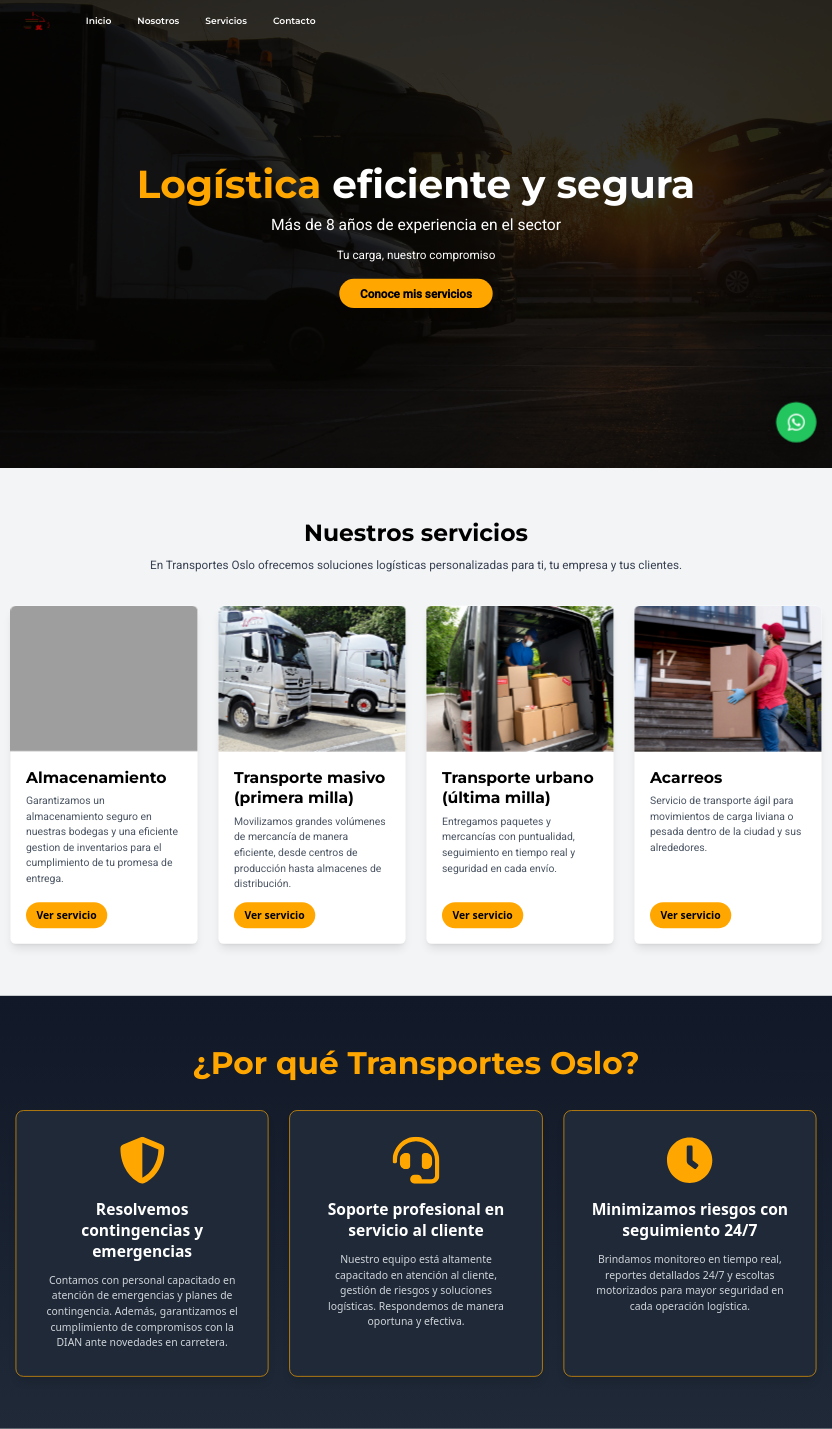
Repository: sazaba/OSLO
Page: /
These files come from the project's save history. The page is drawn as it stood at one moment and after the next save; the edit follows.
The browser window is 1280 px wide. The pictures show the whole page, at 65% of full size.
Pictures or frames that could not be fetched are drawn as grey boxes. The project was rebuilt for these pictures with package versions that can differ from the ones it lists, and the page was loaded fresh each time. The framework's server and built-in components were replaced by stand-ins that run in the browser. Also part of the build but not shown: next.config.ts.

Above is the page before, as saved 2025-02-14 12:48:02.

### src/app/layout.tsx
import type { Metadata } from "next";
import { Montserrat, Roboto } from "next/font/google";
import "./globals.css";

const montserrat = Montserrat({
  subsets: ["latin"],
  weight: ["600", "700"],
  variable: "--font-montserrat",
});

const roboto = Roboto({
  subsets: ["latin"],
  weight: ["400", "500"],
  variable: "--font-roboto",
});

export const metadata: Metadata = {
  title: "Oslo Transport",
  description: "Logística eficiente y segura",
};

export default function RootLayout({
  children,
}: Readonly<{
  children: React.ReactNode;
}>) {
  return (
    <html lang="es">
      <body className={`${montserrat.variable} ${roboto.variable} antialiased`}>
        {children}
      </body>
    </html>
  );
}

### src/app/page.tsx
import Hero from "./Hero";
import Nav from "./Nav";
import PorQueNosotros from "./PorQueNosotros";
import Servicios from "./Servicios";

export default function Home() {
  return (
    <div>
      <main className="">

      <Hero/>
      <Servicios/>
      <PorQueNosotros/>
      </main>
    </div>
  );
}

### src/app/globals.css
@tailwind base;
@tailwind components;
@tailwind utilities;

.font-montserrat {
    font-family: var(--font-montserrat), sans-serif;
}

.font-roboto {
    font-family: var(--font-roboto), sans-serif;
}

### src/app/Hero.tsx
"use client";
import hero from "@/app/images/Hero.webp";
import { FaWhatsapp } from "react-icons/fa";
import Nav from "./Nav"; // Importamos el Navbar

const Hero = () => {
  return (
    <section
      className="relative bg-cover bg-center h-screen flex flex-col items-center justify-center"
      style={{ backgroundImage: `url(${hero.src})` }}
    >
      {/* Navbar Transparente */}
      <div className="absolute top-0 left-0 w-full z-20">
        <Nav />
      </div>

      {/* Capa oscura */}
      <div className="absolute inset-0 bg-black/80"></div>

      <div className="relative z-10 text-center px-4">
        <h1 className="text-white text-4xl md:text-6xl font-bold mb-4 font-montserrat">
          <span className="text-[#FFA700]">Logística</span> eficiente y segura
        </h1>

        <p className="text-white text-xl md:text-2xl mb-4 font-roboto">
          Más de 8 años de experiencia en el sector
        </p>
        <p className="text-white text-lg mb-8 font-roboto">
          Tu carga, nuestro compromiso
        </p>

        {/* Botón de servicios */}
        <a
          href="/servicios"
          className="bg-[#FFA700] text-black font-bold py-3 px-8 rounded-full text-lg font-roboto shadow-lg transition-all duration-300 transform hover:bg-[#CC0000] hover:text-white hover:shadow-xl hover:scale-105"
        >
          Conoce mis servicios
        </a>
      </div>

      {/* Botón flotante de WhatsApp */}
      <a
        href="https://wa.link/biqv3m"
        target="_blank"
        rel="noopener noreferrer"
        className="fixed bottom-6 right-6 bg-green-500 text-white p-4 rounded-full shadow-xl transition-all duration-300 transform hover:scale-110 hover:shadow-2xl animate-bounce"
      >
        <FaWhatsapp className="text-3xl" />
      </a>
    </section>
  );
};

export default Hero;

### src/app/PorQueNosotros.tsx
import { FaShieldAlt, FaClock, FaHeadset } from "react-icons/fa";

const PorQueNosotros = () => {
  return (
    <section className="py-20 bg-gradient-to-b from-gray-900 to-gray-800 text-white">
      <div className="container mx-auto px-6 text-center">
        <h2 className="text-4xl md:text-5xl font-bold mb-12 font-montserrat text-[#FFA700]">
          ¿Por qué Transportes Oslo?
        </h2>

        <div className="grid grid-cols-1 md:grid-cols-3 gap-8">
          {/* Card 1 */}
          <div className="bg-gray-800 p-10 rounded-xl shadow-lg hover:shadow-2xl transition-transform transform hover:-translate-y-2 duration-300 flex flex-col items-center text-center md:order-1 border border-[#FFA700]">
            <FaShieldAlt className="text-[#FFA700] text-7xl mb-6" />
            <h3 className="text-2xl font-bold mb-4">Resolvemos contingencias y emergencias</h3>
            <p className="text-gray-300">
              Contamos con personal capacitado en atención de emergencias y planes de contingencia.
              Además, garantizamos el cumplimiento de compromisos con la DIAN ante novedades en carretera.
            </p>
          </div>

          {/* Card 2 */}
          <div className="bg-gray-800 p-10 rounded-xl shadow-lg hover:shadow-2xl transition-transform transform hover:-translate-y-2 duration-300 flex flex-col items-center text-center md:order-3 border border-[#FFA700]">
            <FaClock className="text-[#FFA700] text-7xl mb-6" />
            <h3 className="text-2xl font-bold mb-4">Minimizamos riesgos con seguimiento 24/7</h3>
            <p className="text-gray-300">
              Brindamos monitoreo en tiempo real, reportes detallados 24/7 y escoltas motorizados para
              mayor seguridad en cada operación logística.
            </p>
          </div>

          {/* Card 3 */}
          <div className="bg-gray-800 p-10 rounded-xl shadow-lg hover:shadow-2xl transition-transform transform hover:-translate-y-2 duration-300 flex flex-col items-center text-center md:order-2 border border-[#FFA700]">
            <FaHeadset className="text-[#FFA700] text-7xl mb-6" />
            <h3 className="text-2xl font-bold mb-4">Soporte profesional en servicio al cliente</h3>
            <p className="text-gray-300">
              Nuestro equipo está altamente capacitado en atención al cliente, gestión de riesgos y
              soluciones logísticas. Respondemos de manera oportuna y efectiva.
            </p>
          </div>
        </div>
      </div>
    </section>
  );
};

export default PorQueNosotros;

### src/app/Servicios.tsx
import Image from "next/image";
import Link from "next/link";
import bodega from '@/app/images/bodega.webp'
import primeramilla from '@/app/images/primeramilla.webp'
import ultimamilla from "@/app/images/ultimamilla.webp"
import acarreo from "@/app/images/acarreo.webp"
const Servicios = () => {
  return (
    <section id="servicios" className="py-20 bg-gray-100">
      <div className="container mx-auto px-4">
        <h2 className="text-4xl font-bold text-center mb-4 font-montserrat">
          Nuestros servicios
        </h2>
        <p className="text-center text-lg text-gray-700 mb-12 font-roboto">
  En Transportes Oslo ofrecemos soluciones logísticas personalizadas para ti, tu empresa y tus clientes.
</p>

        <div className="grid grid-cols-1 md:grid-cols-4 gap-8">
          {/* Card 1: Almacenamiento */}
          <div className="bg-white rounded-lg shadow-lg overflow-hidden flex flex-col">
            <div className="relative h-56">
              <Image
                src={bodega}
                alt="Almacenamiento"
                fill
                className="object-cover"
              />
            </div>
            <div className="p-6 flex flex-col flex-grow">
              <h3 className="text-2xl font-bold mb-2 font-montserrat">
                Almacenamiento
              </h3>
              <p className="text-gray-600 mb-4 font-roboto">
                Garantizamos un almacenamiento seguro en nuestras bodegas y una eficiente gestion de inventarios para el cumplimiento de tu promesa de entrega.
              </p>
              <div className="mt-auto">
                <Link
                  href="/servicios/almacenamiento"
                  className="inline-block bg-[#FFA700] text-black font-bold py-2 px-4 rounded-full transition duration-300 hover:bg-[#CC0000] hover:text-white"
                >
                  Ver servicio
                </Link>
              </div>
            </div>
          </div>

          {/* Card 2: Transporte masivo (primera milla) */}
          <div className="bg-white rounded-lg shadow-lg overflow-hidden flex flex-col">
            <div className="relative h-56">
              <Image
                src={primeramilla}
                alt="Transporte masivo (primera milla)"
                fill
                className="object-cover"
              />
            </div>
            <div className="p-6 flex flex-col flex-grow">
              <h3 className="text-2xl font-bold mb-2 font-montserrat">
                Transporte masivo (primera milla)
              </h3>
              <p className="text-gray-600 mb-4 font-roboto">
                Movilizamos grandes volúmenes de mercancía de manera eficiente, desde centros de producción hasta almacenes de distribución.
              </p>
              <div className="mt-auto">
                <Link
                  href="/servicios/transporte-masivo"
                  className="inline-block bg-[#FFA700] text-black font-bold py-2 px-4 rounded-full transition duration-300 hover:bg-[#CC0000] hover:text-white"
                >
                  Ver servicio
                </Link>
              </div>
            </div>
          </div>

          {/* Card 3: Transporte urbano (última milla) */}
          <div className="bg-white rounded-lg shadow-lg overflow-hidden flex flex-col">
            <div className="relative h-56">
              <Image
                src={ultimamilla}
                alt="Transporte urbano (última milla)"
                fill
                className="object-cover"
              />
            </div>
            <div className="p-6 flex flex-col flex-grow">
              <h3 className="text-2xl font-bold mb-2 font-montserrat">
                Transporte urbano (última milla)
              </h3>
              <p className="text-gray-600 mb-4 font-roboto">
                Entregamos paquetes y mercancías con puntualidad, seguimiento en tiempo real y seguridad en cada envío.
              </p>
              <div className="mt-auto">
                <Link
                  href="/servicios/transporte-urbano"
                  className="inline-block bg-[#FFA700] text-black font-bold py-2 px-4 rounded-full transition duration-300 hover:bg-[#CC0000] hover:text-white"
                >
                  Ver servicio
                </Link>
              </div>
            </div>
          </div>

          {/* Card 4: Acarreos */}
          <div className="bg-white rounded-lg shadow-lg overflow-hidden flex flex-col">
            <div className="relative h-56">
              <Image
                src={acarreo}
                alt="Acarreos"
                fill
                className="object-cover"
              />
            </div>
            <div className="p-6 flex flex-col flex-grow">
              <h3 className="text-2xl font-bold mb-2 font-montserrat">
                Acarreos
              </h3>
              <p className="text-gray-600 mb-4 font-roboto">
                Servicio de transporte ágil para movimientos de carga liviana o pesada dentro de la ciudad y sus alrededores.
              </p>
              <div className="mt-auto">
                <Link
                  href="/servicios/acarreos"
                  className="inline-block bg-[#FFA700] text-black font-bold py-2 px-4 rounded-full transition duration-300 hover:bg-[#CC0000] hover:text-white"
                >
                  Ver servicio
                </Link>
              </div>
            </div>
          </div>
        </div>
      </div>
    </section>
  );
};

export default Servicios;

### src/app/Nav.tsx
import Link from "next/link";
import { useState } from "react";
import logo from "@/app/images/logooslo.webp";
import Image from "next/image";

const Nav = () => {
  const [menuAbierto, setMenuAbierto] = useState<boolean>(false);

  return (
    <nav className="bg-transparent shadow-none font-roboto fixed w-full top-0 z-50">
      <div className="max-w-full mx-auto px-4 sm:px-6 lg:px-8">
        <div className="flex items-center justify-between h-16">
          {/* Logo y enlaces principales */}
          <div className="flex items-center">
            <div className="flex-shrink-0">
              <Image src={logo} alt="Logo" className="h-12 w-12" />
            </div>
            <div className="hidden md:block">
              <div className="ml-10 flex items-baseline space-x-4">
                <Link
                  href="/"
                  className="px-3 py-2 rounded-md text-sm font-medium text-white hover:text-gray-300 font-montserrat"
                >
                  Inicio
                </Link>
                <Link
                  href="/nosotros"
                  className="px-3 py-2 rounded-md text-sm font-medium text-white hover:text-gray-300 font-montserrat"
                >
                  Nosotros
                </Link>
                <Link
                  href="/servicios"
                  className="px-3 py-2 rounded-md text-sm font-medium text-white hover:text-gray-300 font-montserrat"
                >
                  Servicios
                </Link>
                <Link
                  href="/contacto"
                  className="px-3 py-2 rounded-md text-sm font-medium text-white hover:text-gray-300 font-montserrat"
                >
                  Contacto
                </Link>
              </div>
            </div>
          </div>

          {/* Botón para menú móvil */}
          <div className="flex md:hidden">
            <button
              onClick={() => setMenuAbierto(!menuAbierto)}
              className="inline-flex items-center justify-center p-2 rounded-md text-white hover:text-gray-300 focus:outline-none focus:ring-2 focus:ring-offset-2 focus:ring-gray-500"
            >
              <svg
                className="h-6 w-6"
                xmlns="http://www.w3.org/2000/svg"
                fill="none"
                viewBox="0 0 24 24"
                stroke="currentColor"
              >
                {menuAbierto ? (
                  <path
                    strokeLinecap="round"
                    strokeLinejoin="round"
                    strokeWidth="2"
                    d="M6 18L18 6M6 6l12 12"
                  />
                ) : (
                  <path
                    strokeLinecap="round"
                    strokeLinejoin="round"
                    strokeWidth="2"
                    d="M4 6h16M4 12h16M4 18h16"
                  />
                )}
              </svg>
            </button>
          </div>
        </div>
      </div>

      {/* Menú móvil */}
      {menuAbierto && (
        <div className="md:hidden bg-gray-900 bg-opacity-90 p-4 absolute w-full top-16 left-0">
          <div className="px-2 pt-2 pb-3 space-y-1 sm:px-3">
            <Link
              href="/"
              className="block px-3 py-2 rounded-md text-base font-medium text-white hover:bg-gray-700 font-montserrat"
            >
              Inicio
            </Link>
            <Link
              href="/nosotros"
              className="block px-3 py-2 rounded-md text-base font-medium text-white hover:bg-gray-700 font-montserrat"
            >
              Nosotros
            </Link>
            <Link
              href="/servicios"
              className="block px-3 py-2 rounded-md text-base font-medium text-white hover:bg-gray-700 font-montserrat"
            >
              Servicios
            </Link>
            <Link
              href="/contacto"
              className="block px-3 py-2 rounded-md text-base font-medium text-white hover:bg-gray-700 font-montserrat"
            >
              Contacto
            </Link>
          </div>
        </div>
      )}
    </nav>
  );
};

export default Nav;

### tailwind.config.js
/** @type {import('tailwindcss').Config} */
module.exports = {
  content: [
    "./pages/**/*.{js,ts,jsx,tsx}",
    "./components/**/*.{js,ts,jsx,tsx}",
    "./app/**/*.{js,ts,jsx,tsx}",
    "./src/**/*.{js,ts,jsx,tsx}"

  ],
  theme: {
    extend: {},
  },
  plugins: [],
};

After the next save:
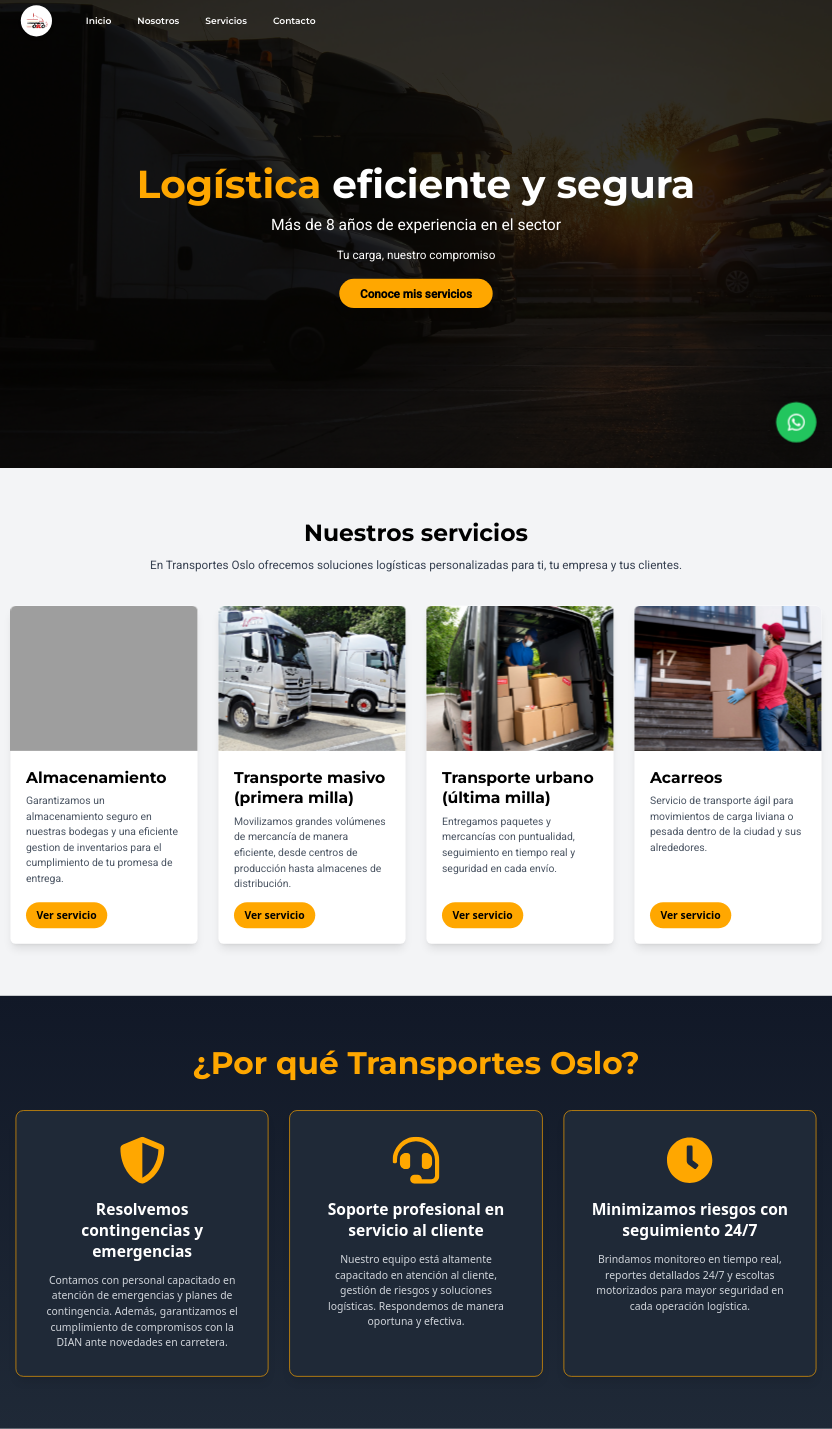
Saved 94 days later.
--- a/src/app/Nav.tsx
+++ b/src/app/Nav.tsx
@@ -1,40 +1,68 @@
 import Link from "next/link";
-import { useState } from "react";
+import { useEffect, useState } from "react";
 import logo from "@/app/images/logooslo.webp";
 import Image from "next/image";
 
 const Nav = () => {
-  const [menuAbierto, setMenuAbierto] = useState<boolean>(false);
+  const [menuAbierto, setMenuAbierto] = useState(false);
+  const [scrollNav, setScrollNav] = useState(false);
+
+  const changeNav = () => {
+    setScrollNav(window.scrollY > 0);
+  };
+
+  useEffect(() => {
+    window.addEventListener("scroll", changeNav);
+    return () => window.removeEventListener("scroll", changeNav);
+  }, []);
+
+  const scrollTo = (id: string) => {
+    const element = document.getElementById(id);
+    if (element) {
+      element.scrollIntoView({ behavior: "smooth" });
+      setMenuAbierto(false);
+    }
+  };
 
   return (
-    <nav className="bg-transparent shadow-none font-roboto fixed w-full top-0 z-50">
+    <nav
+      className={`${
+        scrollNav ? "bg-gray-900 shadow-md" : "bg-transparent"
+      } font-roboto fixed w-full top-0 z-50 transition duration-300`}
+    >
       <div className="max-w-full mx-auto px-4 sm:px-6 lg:px-8">
         <div className="flex items-center justify-between h-16">
-          {/* Logo y enlaces principales */}
+          {/* Logo con círculo blanco */}
           <div className="flex items-center">
-            <div className="flex-shrink-0">
-              <Image src={logo} alt="Logo" className="h-12 w-12" />
+            <div className="bg-white rounded-full p-1 shadow-md">
+              <Image
+                src={logo}
+                alt="Logo"
+                width={40}
+                height={40}
+                className="rounded-full object-contain"
+              />
             </div>
             <div className="hidden md:block">
               <div className="ml-10 flex items-baseline space-x-4">
-                <Link
-                  href="/"
+                <button
+                  onClick={() => scrollTo("top")}
                   className="px-3 py-2 rounded-md text-sm font-medium text-white hover:text-gray-300 font-montserrat"
                 >
                   Inicio
-                </Link>
-                <Link
-                  href="/nosotros"
+                </button>
+                <button
+                  onClick={() => scrollTo("por-que-nosotros")}
                   className="px-3 py-2 rounded-md text-sm font-medium text-white hover:text-gray-300 font-montserrat"
                 >
                   Nosotros
-                </Link>
-                <Link
-                  href="/servicios"
+                </button>
+                <button
+                  onClick={() => scrollTo("servicios")}
                   className="px-3 py-2 rounded-md text-sm font-medium text-white hover:text-gray-300 font-montserrat"
                 >
                   Servicios
-                </Link>
+                </button>
                 <Link
                   href="/contacto"
                   className="px-3 py-2 rounded-md text-sm font-medium text-white hover:text-gray-300 font-montserrat"
@@ -83,24 +111,24 @@
       {menuAbierto && (
         <div className="md:hidden bg-gray-900 bg-opacity-90 p-4 absolute w-full top-16 left-0">
           <div className="px-2 pt-2 pb-3 space-y-1 sm:px-3">
-            <Link
-              href="/"
-              className="block px-3 py-2 rounded-md text-base font-medium text-white hover:bg-gray-700 font-montserrat"
+            <button
+              onClick={() => scrollTo("top")}
+              className="block w-full text-left px-3 py-2 rounded-md text-base font-medium text-white hover:bg-gray-700 font-montserrat"
             >
               Inicio
-            </Link>
-            <Link
-              href="/nosotros"
-              className="block px-3 py-2 rounded-md text-base font-medium text-white hover:bg-gray-700 font-montserrat"
+            </button>
+            <button
+              onClick={() => scrollTo("por-que-nosotros")}
+              className="block w-full text-left px-3 py-2 rounded-md text-base font-medium text-white hover:bg-gray-700 font-montserrat"
             >
               Nosotros
-            </Link>
-            <Link
-              href="/servicios"
-              className="block px-3 py-2 rounded-md text-base font-medium text-white hover:bg-gray-700 font-montserrat"
+            </button>
+            <button
+              onClick={() => scrollTo("servicios")}
+              className="block w-full text-left px-3 py-2 rounded-md text-base font-medium text-white hover:bg-gray-700 font-montserrat"
             >
               Servicios
-            </Link>
+            </button>
             <Link
               href="/contacto"
               className="block px-3 py-2 rounded-md text-base font-medium text-white hover:bg-gray-700 font-montserrat"
